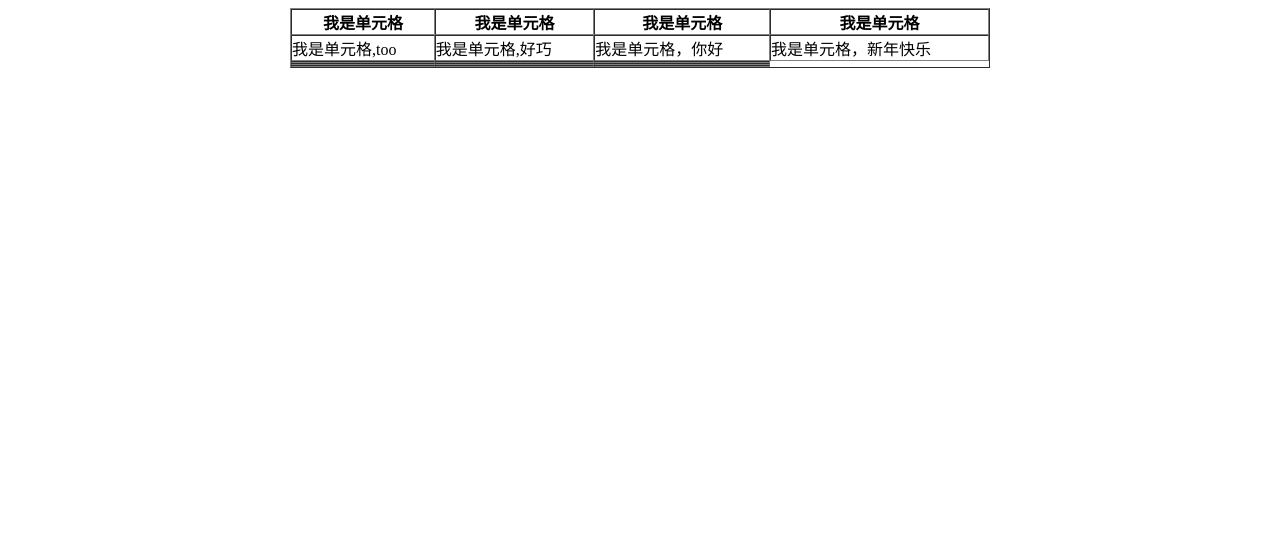
Repository: Qwenicq/My_project
Page: html/HTML_learning/2_html.html
An editor plug-in stored every save of this project. The page is shown before and after the next save, followed by the edit.
The browser window is 1280 px wide. The pictures show the whole page.

Above is the page before, as saved 2023-03-28 21:13:19.

After the next save:
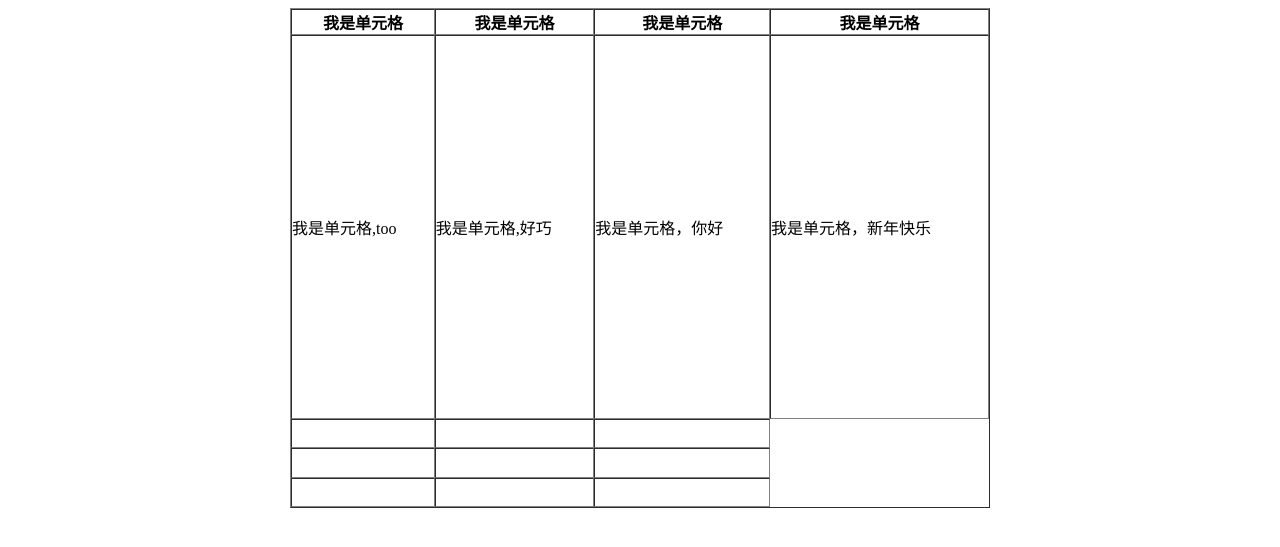
Saved 31 s later.
--- a/html/HTML_learning/2_html.html
+++ b/html/HTML_learning/2_html.html
@@ -8,7 +8,7 @@
 </head>
 <body>
     <!-- 属性要写在table中 -->
-    <table align="center" border="1" cellpadding="0" cellspacing="0" width="700">
+    <table align="center" border="1" cellpadding="0" cellspacing="0" width="700" height="500">
         <thead><tr>
             <th>我是单元格</th>
             <!-- 表头单元格 -->

After the save that followed:
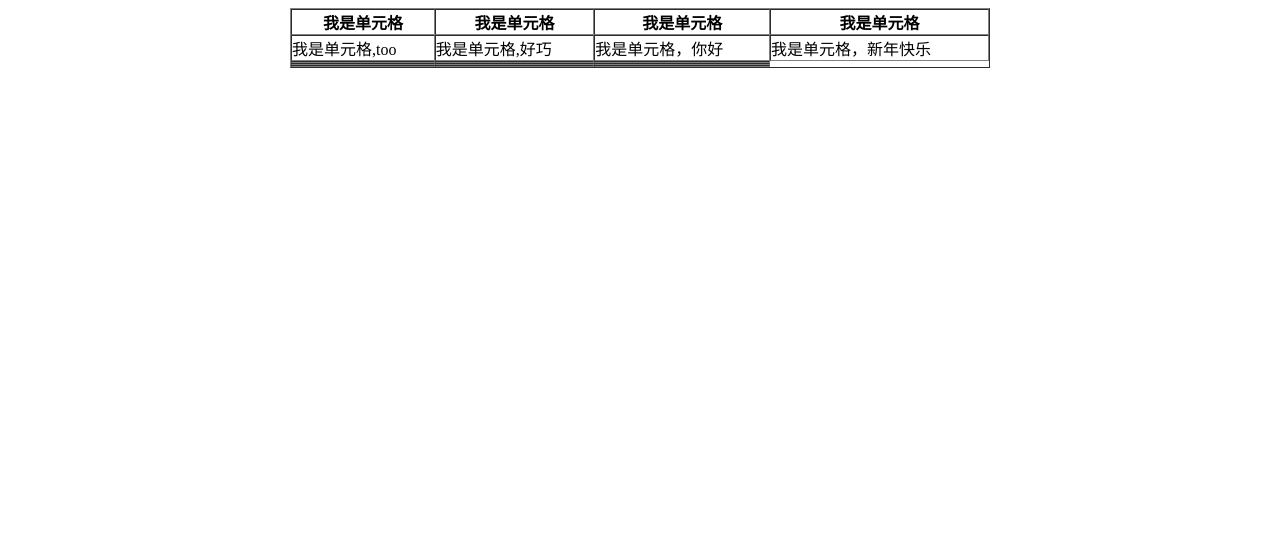
Saved 13 s later.
--- a/html/HTML_learning/2_html.html
+++ b/html/HTML_learning/2_html.html
@@ -8,7 +8,7 @@
 </head>
 <body>
     <!-- 属性要写在table中 -->
-    <table align="center" border="1" cellpadding="0" cellspacing="0" width="700" height="500">
+    <table align="center" border="1" cellpadding="0" cellspacing="0" width="700" >
         <thead><tr>
             <th>我是单元格</th>
             <!-- 表头单元格 -->
